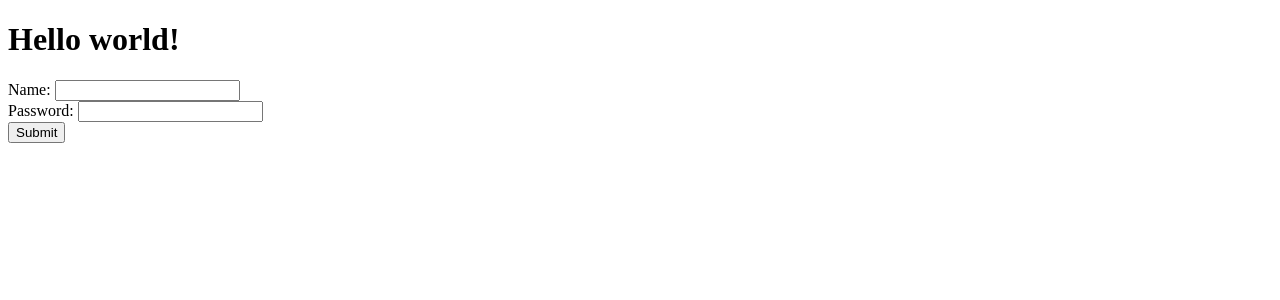
Repository: fmauricios/learning-java
Page: http://localhost/JavaEExample/
These files come from the project's save history. The page is drawn as it stood at one moment and after the next save; the edit follows.
The browser window is 1280 px wide. The pictures show the whole page.
The page is served by Tomcat 9.

Above is the page before, as saved 2017-06-10 04:19:47.

After the next save:
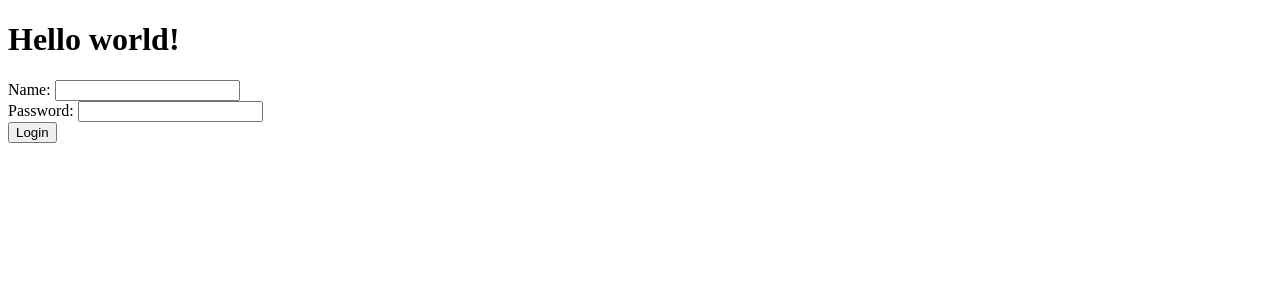
Saved 14 s later.
--- a/JavaEExample/WebContent/index.jsp
+++ b/JavaEExample/WebContent/index.jsp
@@ -14,7 +14,7 @@
 		<br />
 		Password: <input type="password" name="password" />
 		<br />
-		<input type="submit" name="Login" />
+		<input type="submit" value="Login" />
 	</form>
 </body>
 </html>
